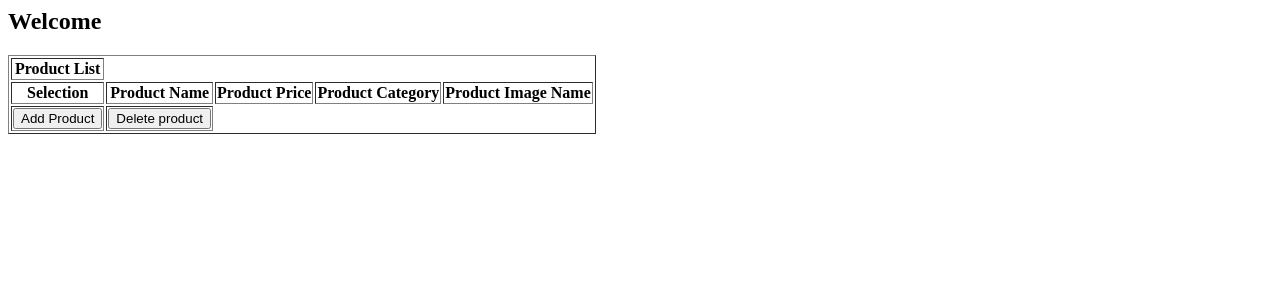
Repository: mohitpratapsingh/GSAP2015
Page: http://localhost/Team-C/WEB-INF/views/adminHome.jsp
An editor plug-in stored every save of this project. The page is shown before and after the next save, followed by the edit.
The browser window is 1280 px wide. The pictures show the whole page.
The page is served by Tomcat 9. Nobody is signed in. The template is opened directly, without the code that normally fills it, so the values that code supplies are empty.

Above is the page before, as saved 2015-09-07 19:34:12.

After the next save:
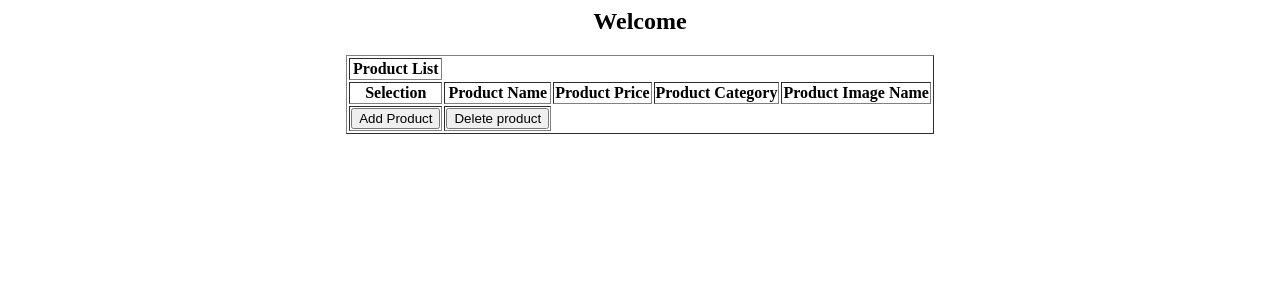
Saved 90 s later.
--- a/Team-C/src/main/webapp/WEB-INF/views/adminHome.jsp
+++ b/Team-C/src/main/webapp/WEB-INF/views/adminHome.jsp
@@ -8,15 +8,14 @@
 	<title>admin Home</title>
 </head>
 <body>
+<center>
 <h2>
 Welcome ${dataMap.get("user").getUserFname()}
 </h2>
 
-
-
 <table border="1"  id="productTable" >
 <thead>
- <center><th>Product List</th></center>
+ <th>Product List</th>
  <tr>
  	<th>Selection</th>
     <th>Product Name</th>
@@ -77,4 +76,5 @@ var test=[];
         }
     </script>
 </body>
+</center>
 </html>
